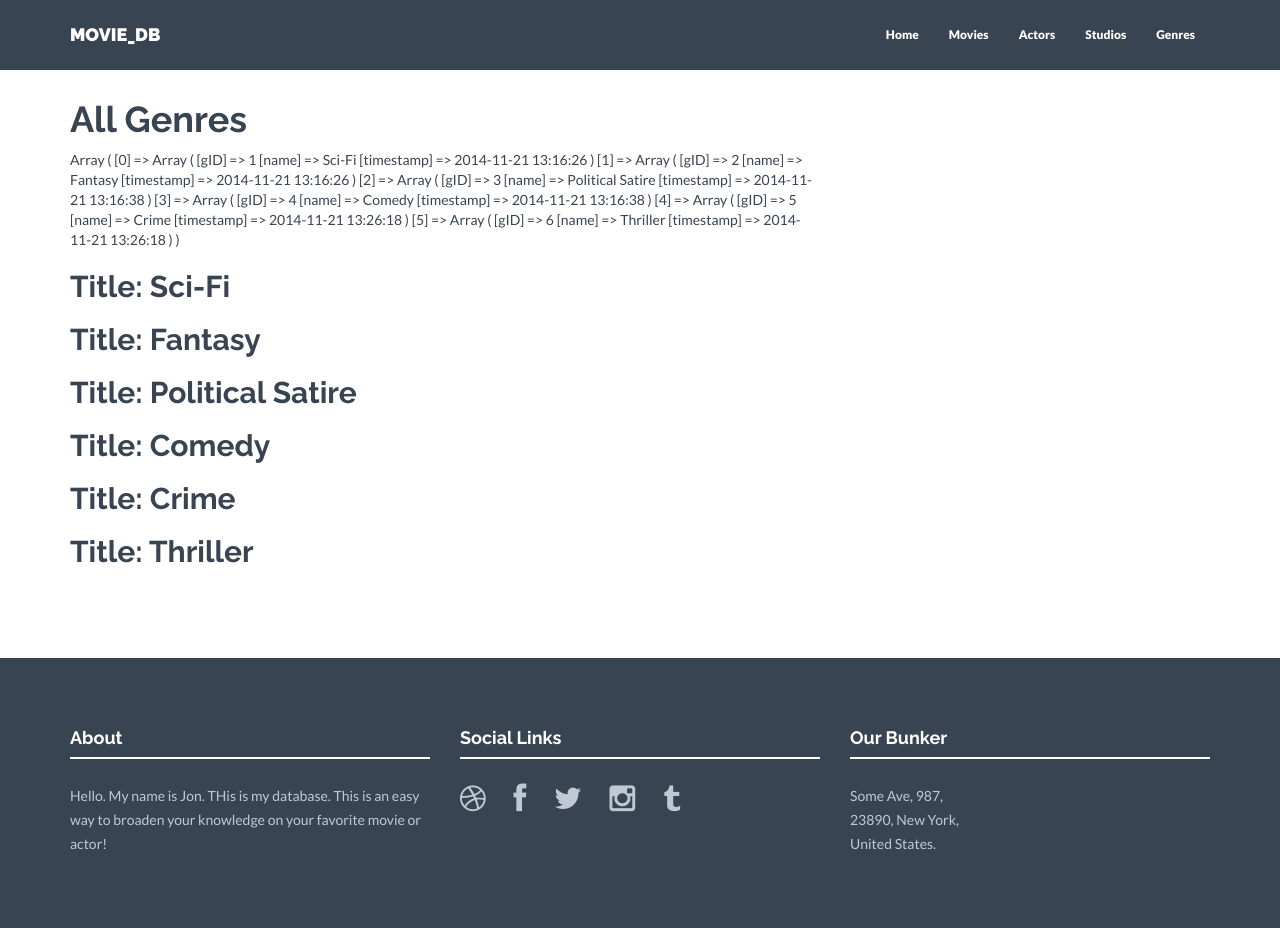
Repository: jonak91/Buzzerd-index
Page: http://localhost/genres.php
The author's editor kept a record of every edit. The page is drawn from the files as they stood at one moment, then again after the next edit.
The browser window is 1280 px wide. The pictures show the whole page.
Some web libraries are served in a nearby version. The page is run by PHP 8.4 with error messages shown; the project is at /var/www/html/. The database holds what the project's SQL file puts in it.

Above is the page before.
Not found: assets/js/modernizr.js

After the next edit:
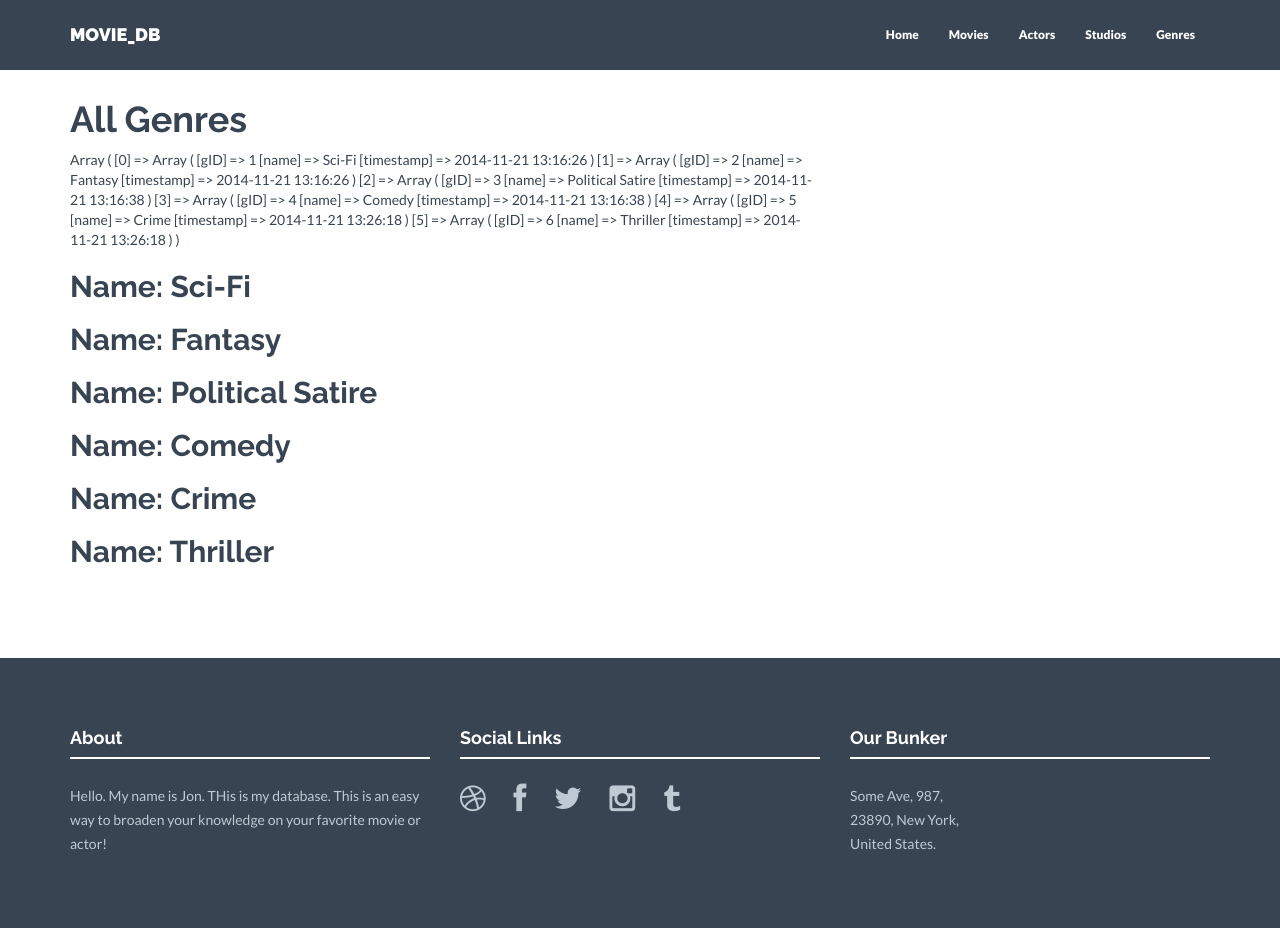
The edit:
--- a/genres.php
+++ b/genres.php
@@ -12,7 +12,7 @@
 		 		$genres = get_genres();
 		 		print_r (get_genres());
 		 		foreach ($genres as $genre) { ?>
-		 			<h2>Title: <?php echo $genre['name']; ?></h2>
+		 			<h2>Name: <?php echo $genre['name']; ?></h2>
 		 		<?php } ?>
 			</div><! --/ MAIN CONTENT AREA -->
 
